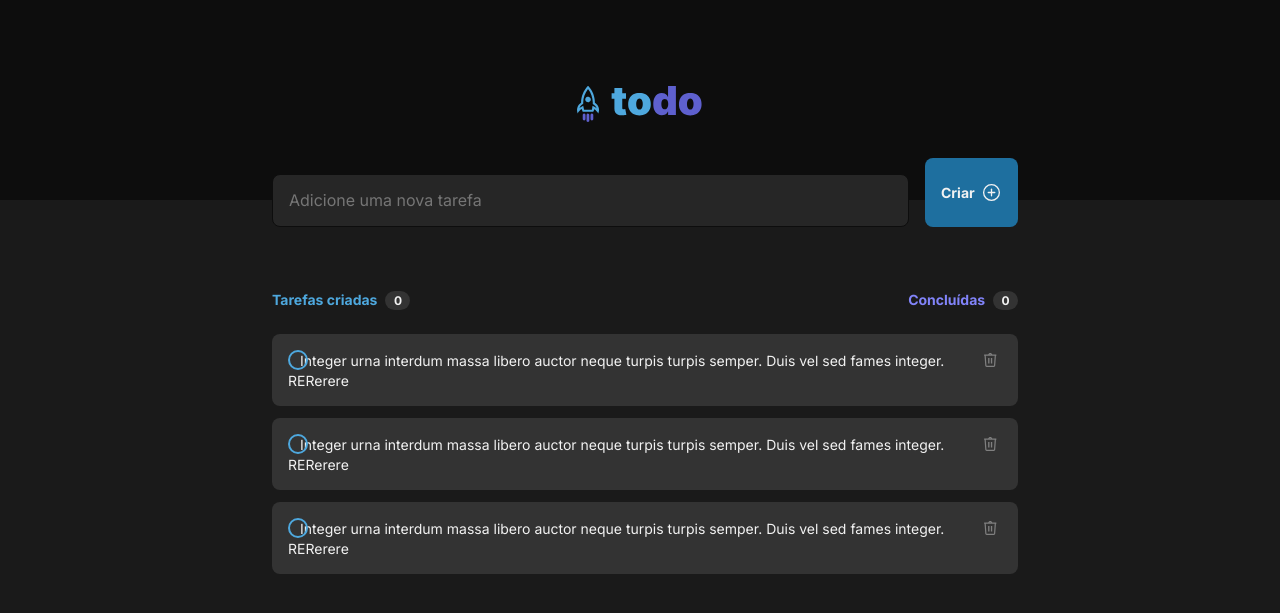
Repository: viniimartins/ToDoListROCKETSEAT
Page: /
The author's editor kept a copy of each file at every save. The page is drawn from the files as they stood at one save, then again after a run of saves.
The browser window is 1280 px wide. The pictures show the whole page.
The project was rebuilt for these pictures with package versions that can differ from the ones it lists, and the page was loaded fresh each time. Also part of the build but not shown: vite.config.ts.

Above is the page before, as saved 2023-05-08 14:32:39.

After the next 2 saves:
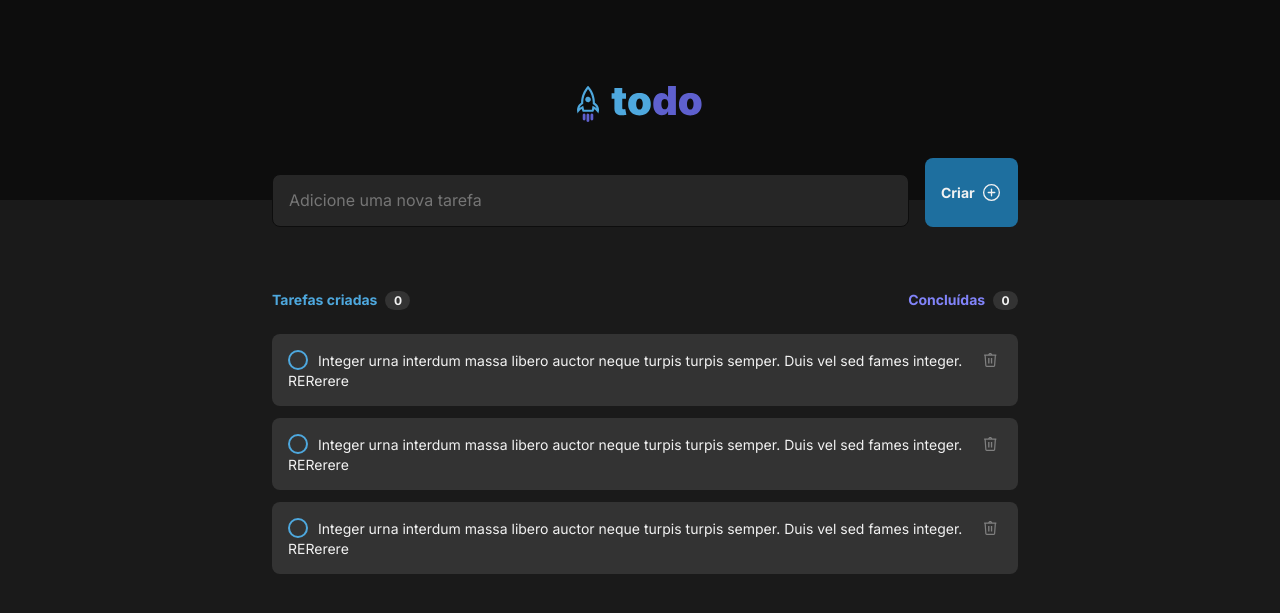
The 2 saves are shown as one change because they came seconds apart.
The last was saved 9 s later.
--- a/src/Components/TaskCreated.module.css
+++ b/src/Components/TaskCreated.module.css
@@ -71,7 +71,7 @@
 .label {
   margin-left: 2rem;
   font-size: 0.875rem;
-  margin-left: 12px;
+  margin-left: 30px;
 }
 
 button {
